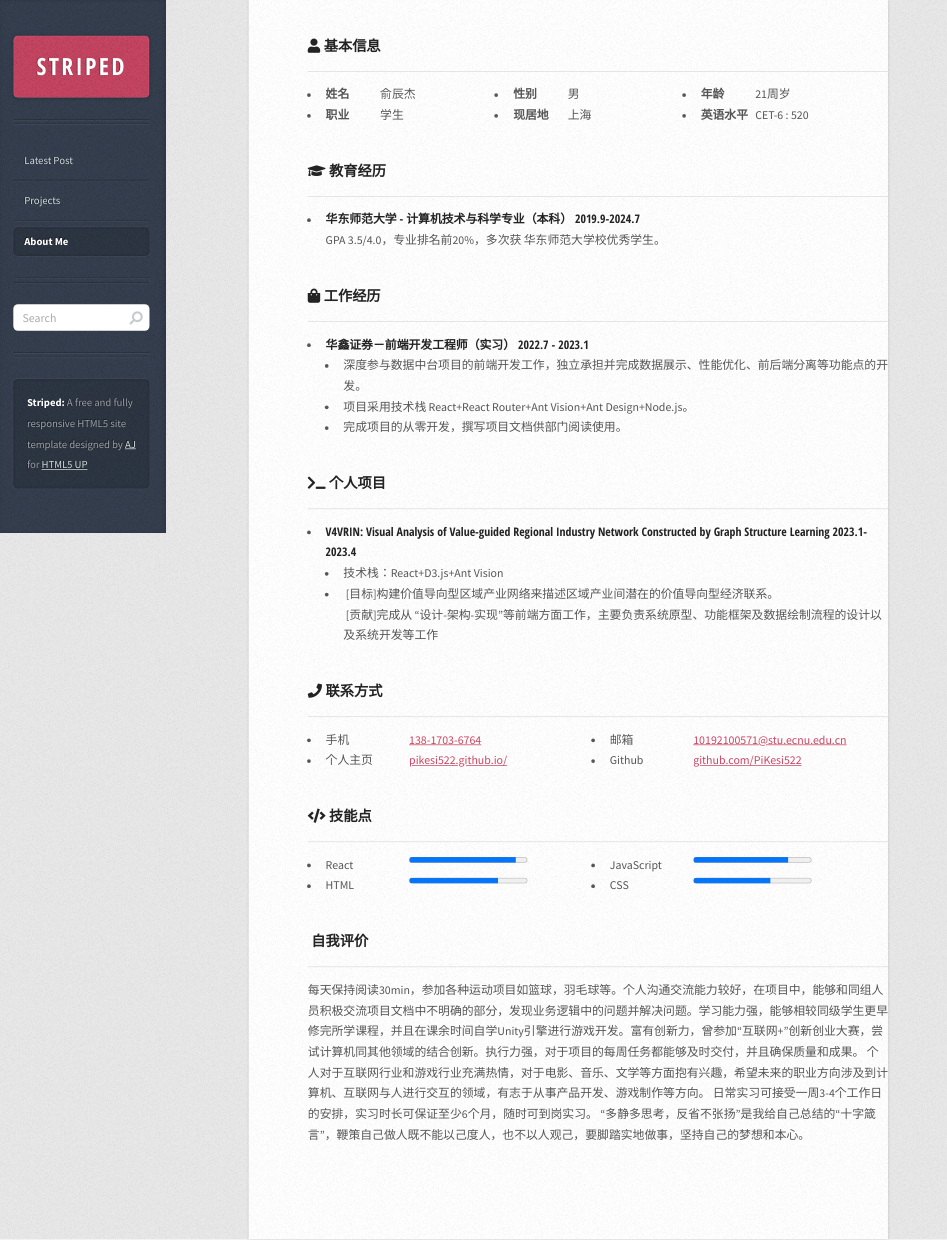
Repository: PiKesi522/PiKesi522.github.io
Page: about.html
The author's editor kept a copy of each file at every save. The page is drawn from the files as they stood at one save, then again after the next save.
The browser window is 1280 px wide. The pictures show the whole page, at 74% of full size.

Above is the page before, as saved 2023-04-10 19:23:30.

After the next save:
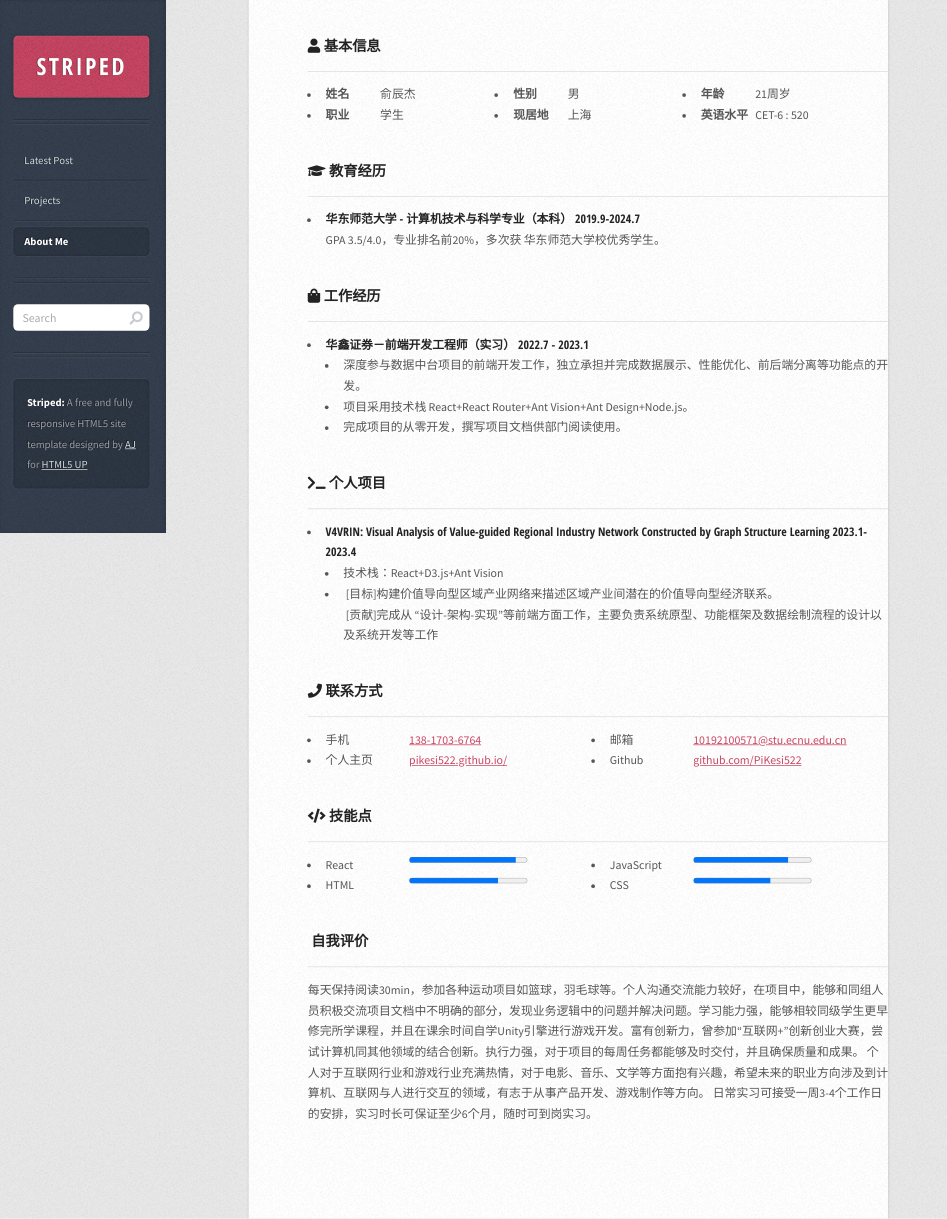
Saved 8 s later.
--- a/about.html
+++ b/about.html
@@ -395,7 +395,7 @@
                             个人对于互联网行业和游戏行业充满热情，对于电影、音乐、文学等方面抱有兴趣，希望未来的职业方向涉及到计算机、互联网与人进行交互的领域，有志于从事产品开发、游戏制作等方向。
                             日常实习可接受一周3-4个工作日的安排，实习时长可保证至少6个月，随时可到岗实习。
 
-                            <span class="mark-txt">“多静多思考，反省不张扬”</span>是我给自己总结的“十字箴言”，鞭策自己做人既不能以己度人，也不以人观己，要脚踏实地做事，坚持自己的梦想和本心。
+                            <!-- <span class="mark-txt">“多静多思考，反省不张扬”</span>是我给自己总结的“十字箴言”，鞭策自己做人既不能以己度人，也不以人观己，要脚踏实地做事，坚持自己的梦想和本心。 -->
                         </p>
                     </section>
                 </section>
